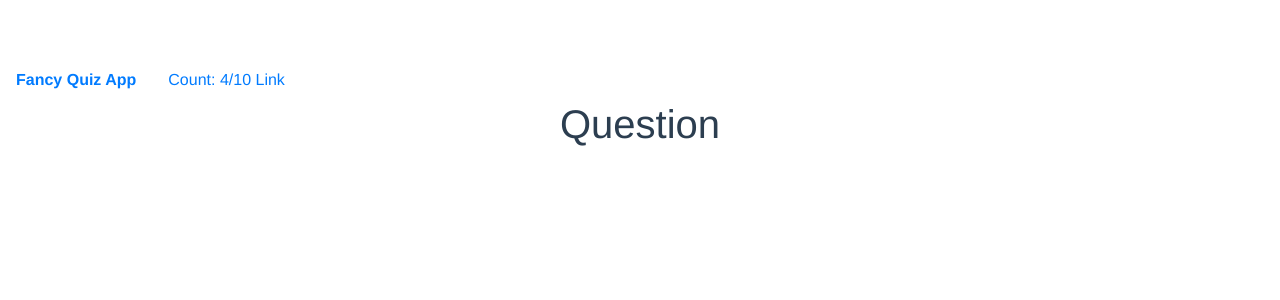
Repository: tokliver/AppVue
Page: /
An editor plug-in stored every save of this project. The page is shown before and after the next save, followed by the edit.
The browser window is 1280 px wide. The pictures show the whole page.
The project was rebuilt for these pictures with package versions that can differ from the ones it lists, and the page was loaded fresh each time.

Above is the page before, as saved 2019-04-13 09:18:31.

After the next save:
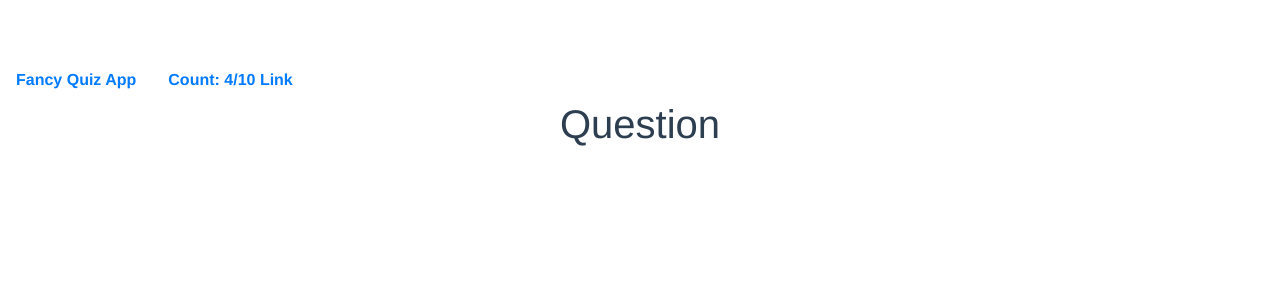
Saved 7 s later.
--- a/src/components/Header.vue
+++ b/src/components/Header.vue
@@ -2,7 +2,7 @@
 <div>
   <b-nav>
     <b-nav-item disable><b>Fancy Quiz App</b></b-nav-item>
-    <b-nav-item disable>Count: 4/10 Link</b></b-nav-item>
+    <b-nav-item disable><b>Count: 4/10 Link</b></b-nav-item>
   </b-nav>
 </div>
 </template>
